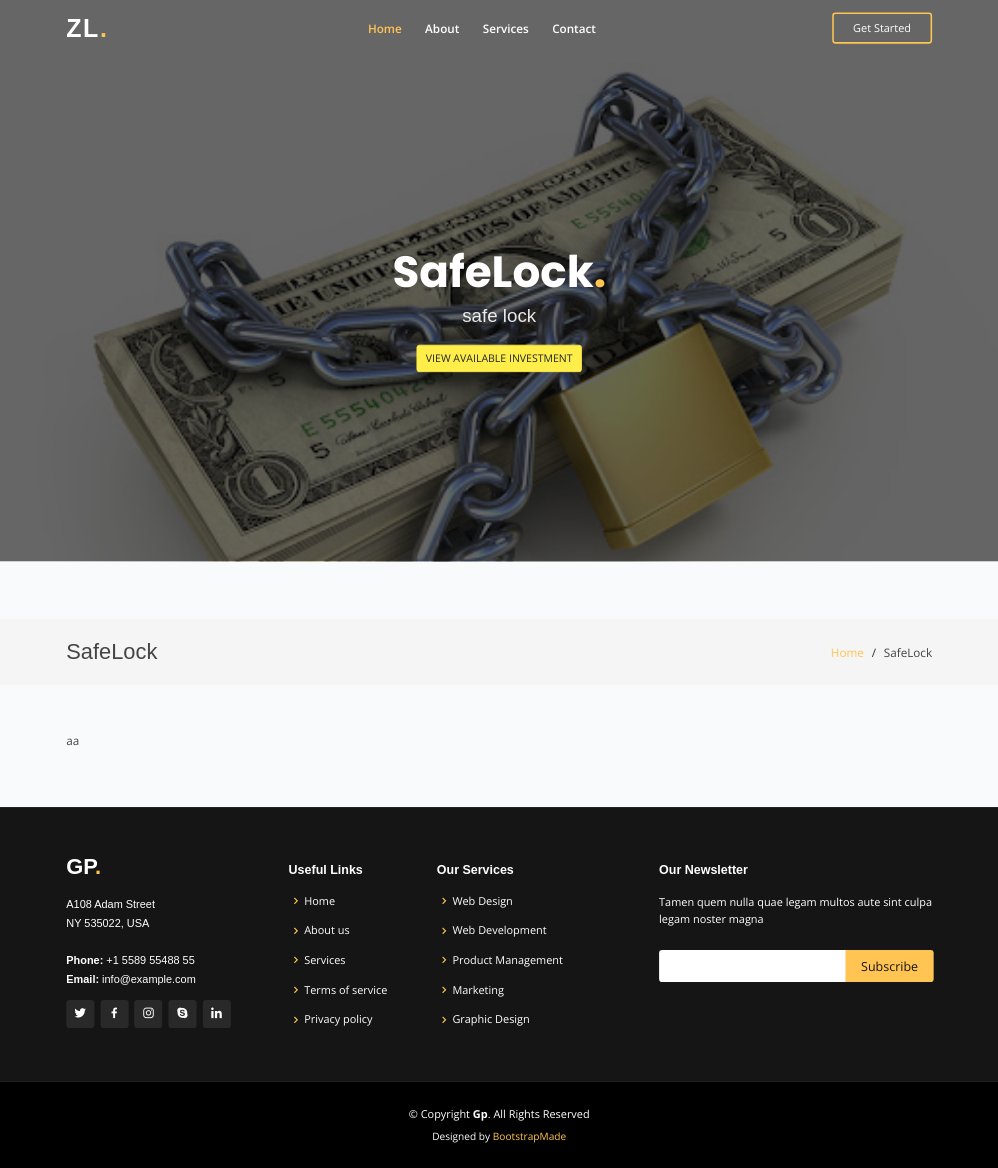
Repository: seyicoded/Zubi-Life-Ventures
Page: http://localhost/safelock
An editor plug-in stored every save of this project. The page is shown before and after the next save, followed by the edit.
The browser window is 1280 px wide. The pictures show the whole page, at 78% of full size.
Backgrounds fixed to the window are drawn as part of the page. Some web fonts or font styles are not loaded; a fallback is used. The page is served by the project's Laravel application, run on PHP 8.4 with Laravel 8. The database holds what the project's SQL file puts in it.

Above is the page before, as saved 2021-11-12 23:03:13.

After the next save:
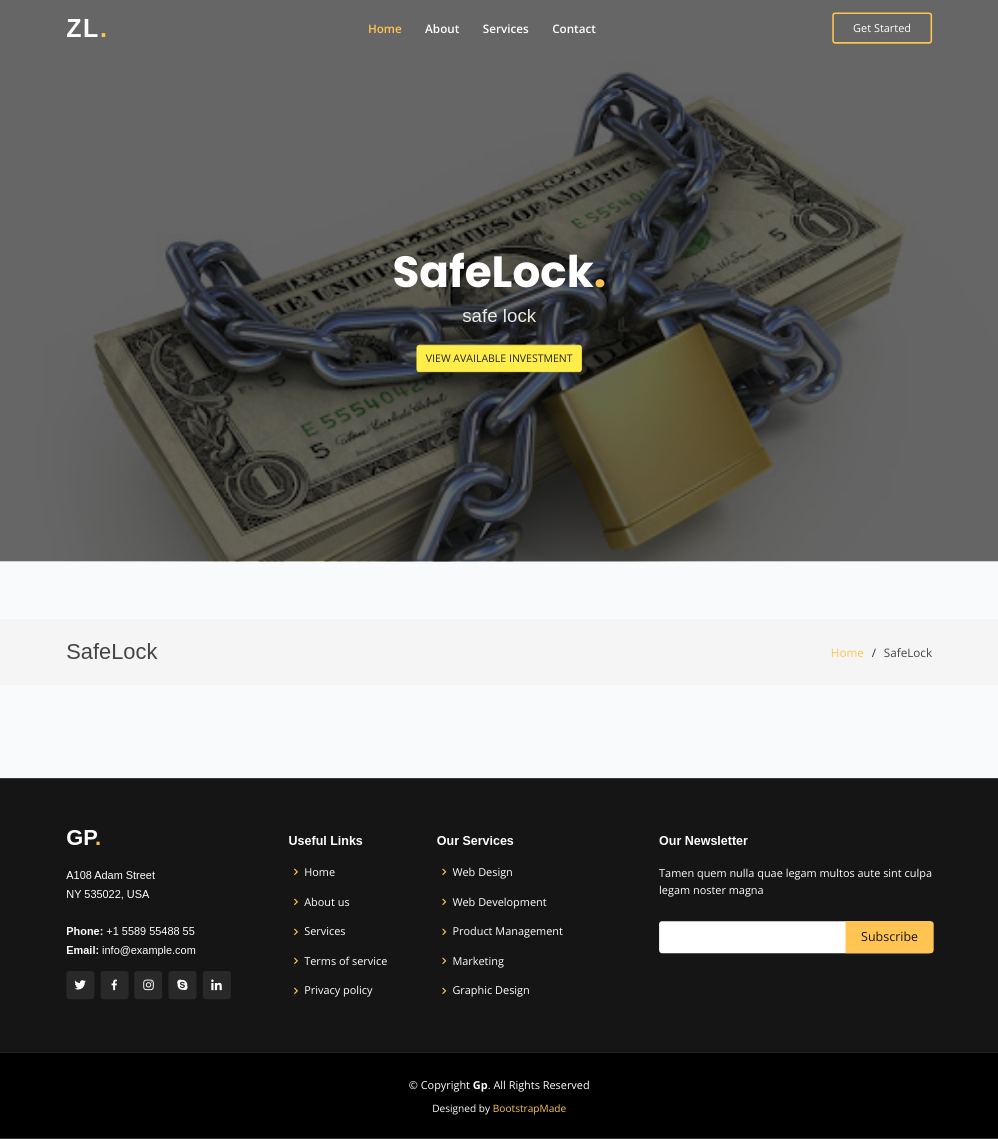
Saved 3 min 48 s later.
--- a/resources/views/user/category.blade.php
+++ b/resources/views/user/category.blade.php
@@ -42,9 +42,13 @@
 
     <section class="inner-page">
       <div class="container">
-        <p>
-          aa
-        </p>
+        <div class="w3-row">
+          @foreach ($data['packages'] as $dt)
+              <div class="w3-col s12 m12 l12 w3-padding w3-margin">
+
+              </div>
+          @endforeach
+        </div>
       </div>
     </section>
 
